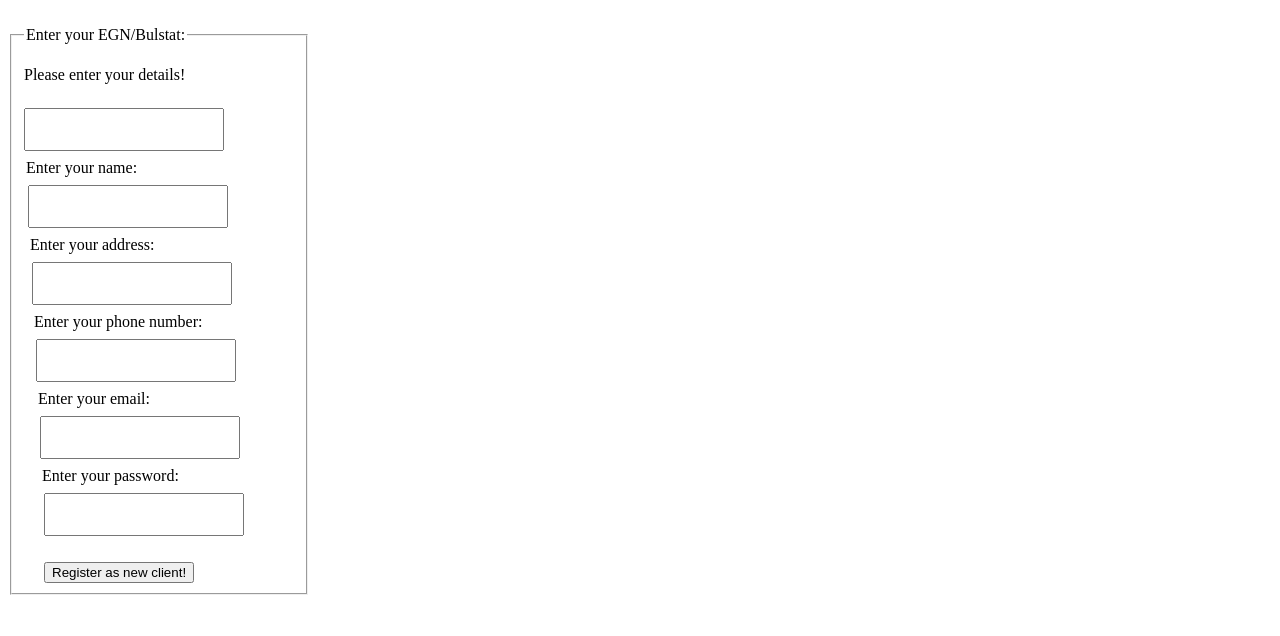
Repository: A-Mitev/E-Banking_Team_Project
Page: http://localhost/FiBank/WEB-INF/views/jsp/Register.jsp
The author's editor kept a copy of each file at every save. The page is drawn from the files as they stood at one save, then again after the next save.
The browser window is 1280 px wide. The pictures show the whole page.
The page is served by Tomcat 9. Nobody is signed in. Other server files are loaded and not shown. The template is opened directly, without the code that normally fills it, so the values that code supplies are empty.

Above is the page before, as saved 2016-04-05 20:12:21.

### FiBank/src/main/webapp/WEB-INF/views/jsp/Register.jsp
<%@page import="javax.servlet.descriptor.TaglibDescriptor"%>
<%@ page language="java" contentType="text/html; charset=UTF-8"
	pageEncoding="UTF-8"%>
<%@ taglib prefix="springForm"
	uri="http://www.springframework.org/tags/form"%>
<!DOCTYPE html PUBLIC "-//W3C//DTD HTML 4.01 Transitional//EN" "http://www.w3.org/TR/html4/loose.dtd">
<html>
<head>
<style>
input[type=text] {
    width: 200px;
    padding: 12px 20px;
    margin: 8px 0;
    box-sizing: border-box;
}
</style>
<meta http-equiv="Content-Type" content="text/html; charset=UTF-8">
<title>Register Page</title>
</head>
<body>
	 ${text}
	<br />
	<springForm:form method="post" commandName="user" >
	<fieldset style="width:270px">
		<p>Please enter your details!</p>
		<legend>Enter your EGN/Bulstat:</legend>
		<springForm:input type="text" path="id" />
		<br />
		<legend>Enter your name:<legend/>
		<springForm:input type="text" path="name" />
		<br />
		<legend>Enter your address:<legend/>
		<springForm:input type="text" path="address" />
		<br />
		<legend>Enter your phone number:<legend/>
		<springForm:input type="text" path="phone" />
		<br />
		<legend>Enter your email:<legend>
		<springForm:input type="text" path="email" />
		<br />
		<legend>Enter your password:<legend>
		<springForm:input type="text" path="password" />
		<br />
		<br />
		<input type="submit" value="Register as new client!" />
		</fieldset>
	</springForm:form>
</body>
</html>

After the next save:
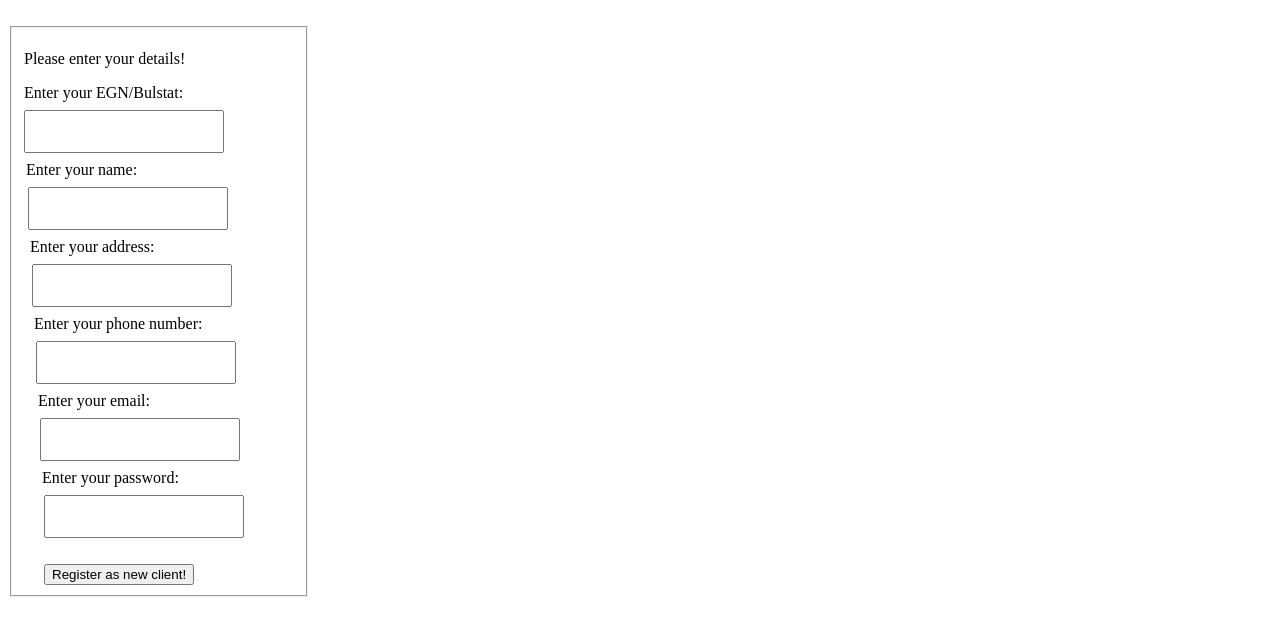
Saved 90 s later.
--- a/FiBank/src/main/webapp/WEB-INF/views/jsp/Register.jsp
+++ b/FiBank/src/main/webapp/WEB-INF/views/jsp/Register.jsp
@@ -23,7 +23,7 @@ input[type=text] {
 	<springForm:form method="post" commandName="user" >
 	<fieldset style="width:270px">
 		<p>Please enter your details!</p>
-		<legend>Enter your EGN/Bulstat:</legend>
+		<label>Enter your EGN/Bulstat:<label>
 		<springForm:input type="text" path="id" />
 		<br />
 		<legend>Enter your name:<legend/>
